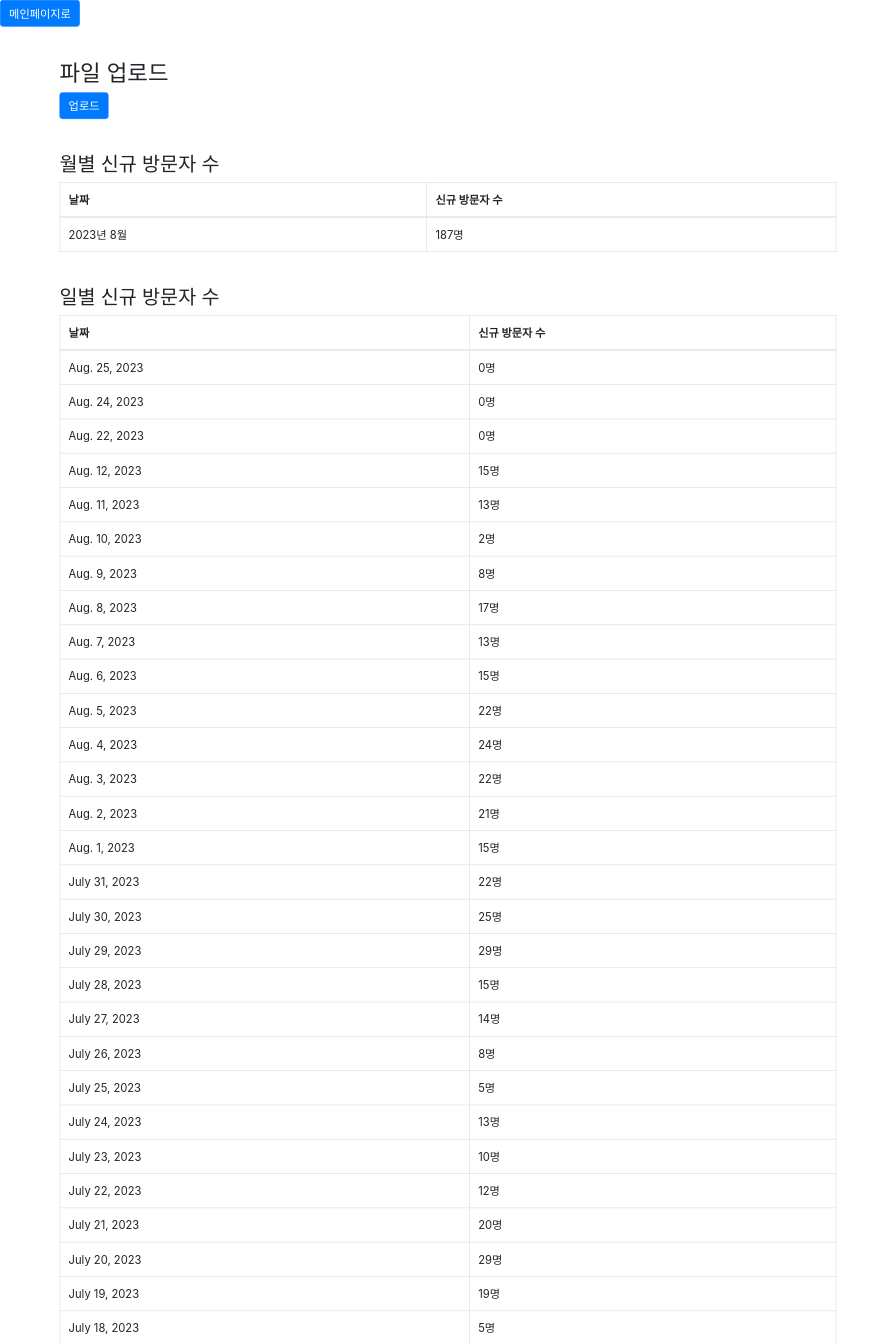
Repository: leeenzang/realmo
Page: http://localhost/newvisit/new/
The author's editor kept a copy of each file at every save. The page is drawn from the files as they stood at one save, then again after the next save.
The browser window is 1280 px wide. The pictures show the part of the page from y = 0 to 1920 px (the page is 2967 px tall before and 2834 px after), at 70% of full size.
The page is served by the project's application, run on Django 4.2 (manage.py). The page reads the database file committed with the project.

Above is the page before, as saved 2023-08-25 13:03:40.

After the next save:
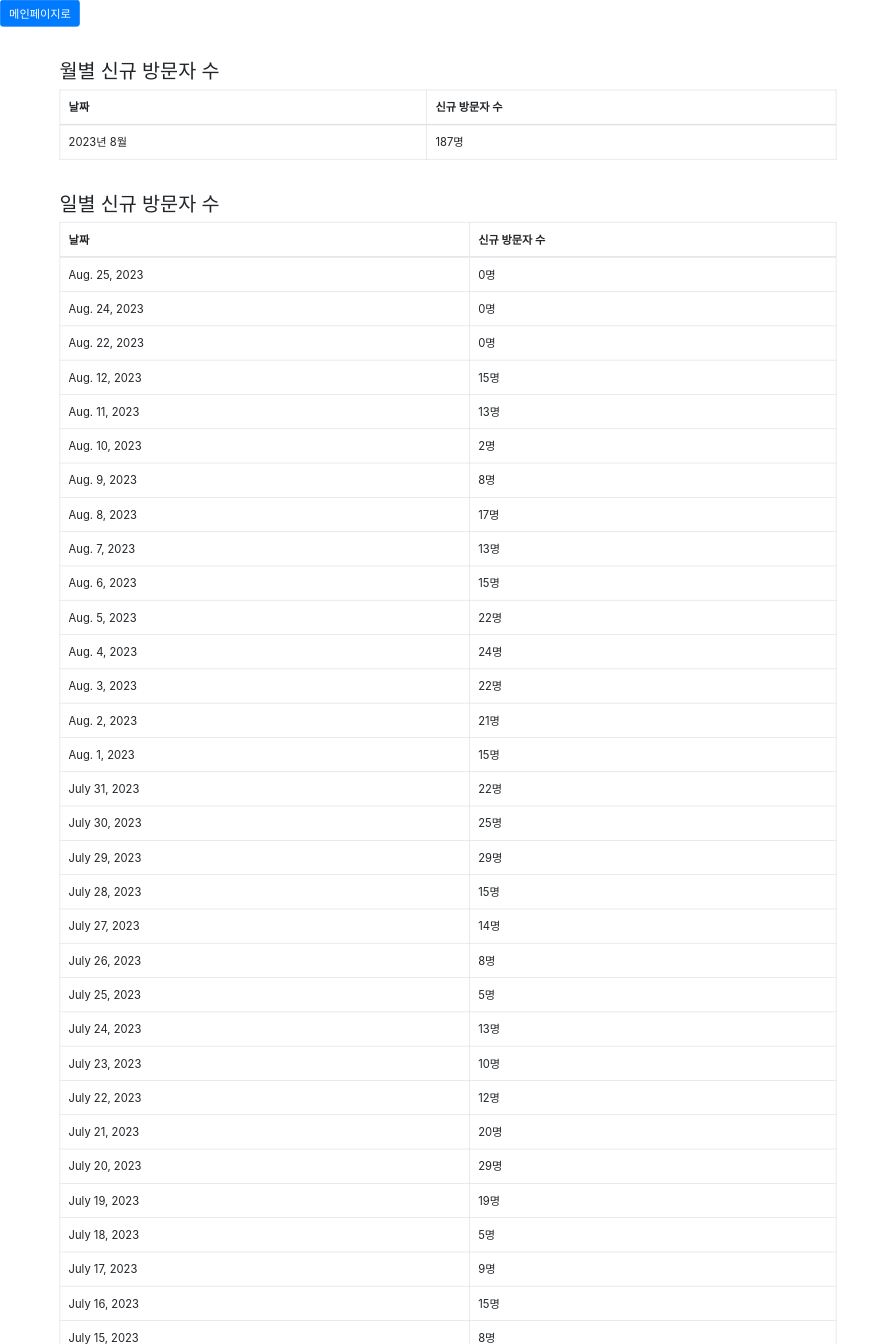
Saved 70 s later.
--- a/newvisit/templates/newvisit/new_visitors.html
+++ b/newvisit/templates/newvisit/new_visitors.html
@@ -3,7 +3,7 @@
 <head>
     <meta charset="UTF-8">
     <meta name="viewport" content="width=device-width, initial-scale=1.0">
-    <title>파일 업로드 및 방문자 수</title>
+    <title>신규 방문자 수</title>
     <link rel="stylesheet" href="https://maxcdn.bootstrapcdn.com/bootstrap/4.5.2/css/bootstrap.min.css">
     <script src="https://code.jquery.com/jquery-3.5.1.slim.min.js"></script>
     <script src="https://cdn.jsdelivr.net/npm/@popperjs/core@2.9.3/dist/umd/popper.min.js"></script>
@@ -11,15 +11,6 @@
 </head>
 <body>
 <a href="{% url 'home' %}" class="btn btn-primary">메인페이지로</a>
-
-<div class="container mt-5">
-    <h2>파일 업로드</h2>
-    <form action="{% url 'visit:upload_csv' %}" method="post" enctype="multipart/form-data">
-        {% csrf_token %}
-        {{ form.as_p }}
-        <button type="submit" class="btn btn-primary">업로드</button>
-    </form>
-</div>
 
 <div class="container mt-5">
     <h3>월별 신규 방문자 수</h3>
